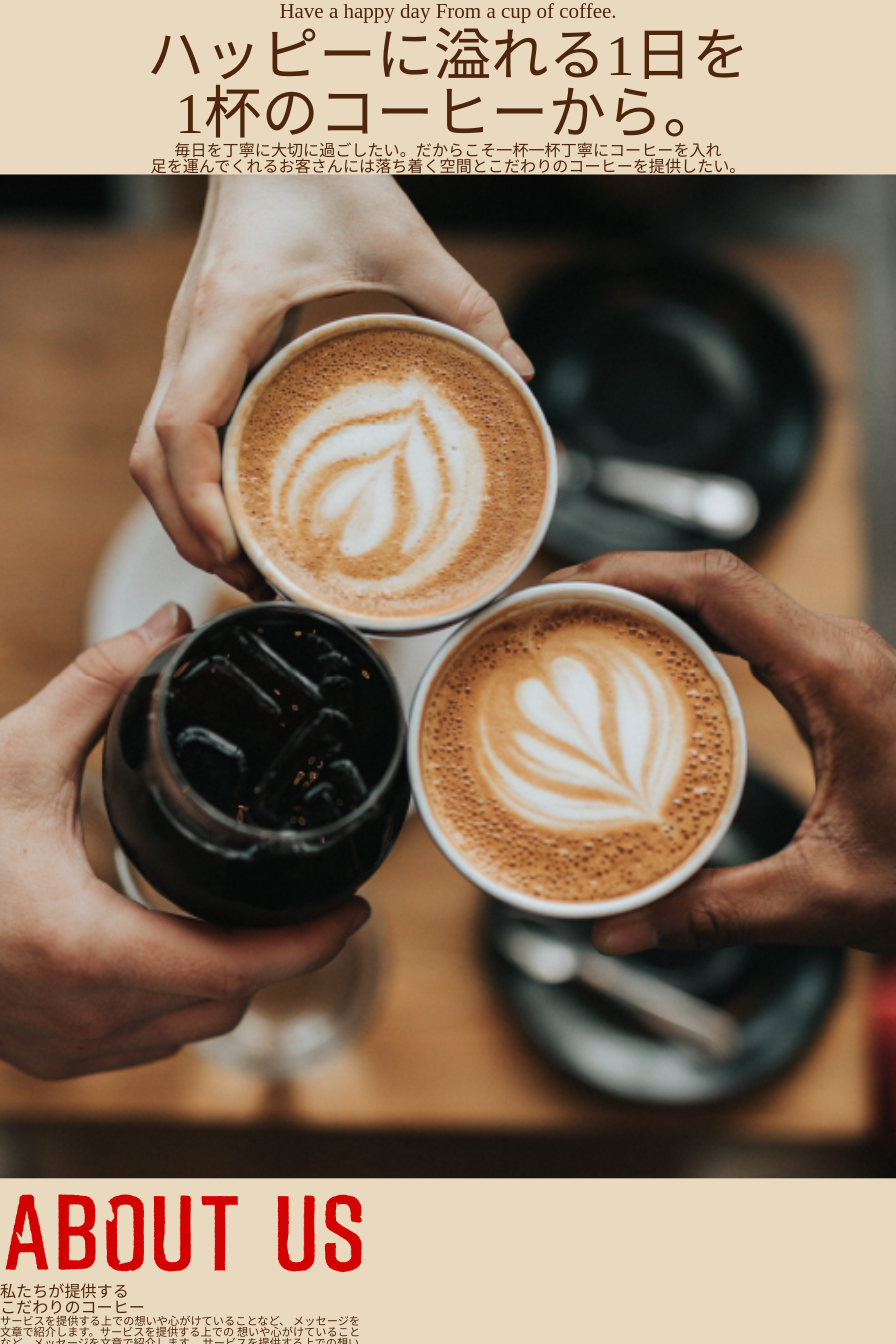
Repository: sonoyama01/dezasuta
Page: 第4回課題/index.html
These files come from the project's save history. The page is drawn as it stood at one moment and after the next save; the edit follows.
The browser window is 1280 px wide. The pictures show the part of the page from y = 475 to 2395 px (the page is 2766 px tall before and 1642 px after), at 70% of full size.

Above is the page before, as saved 2024-05-02 03:24:59.

After the next save:
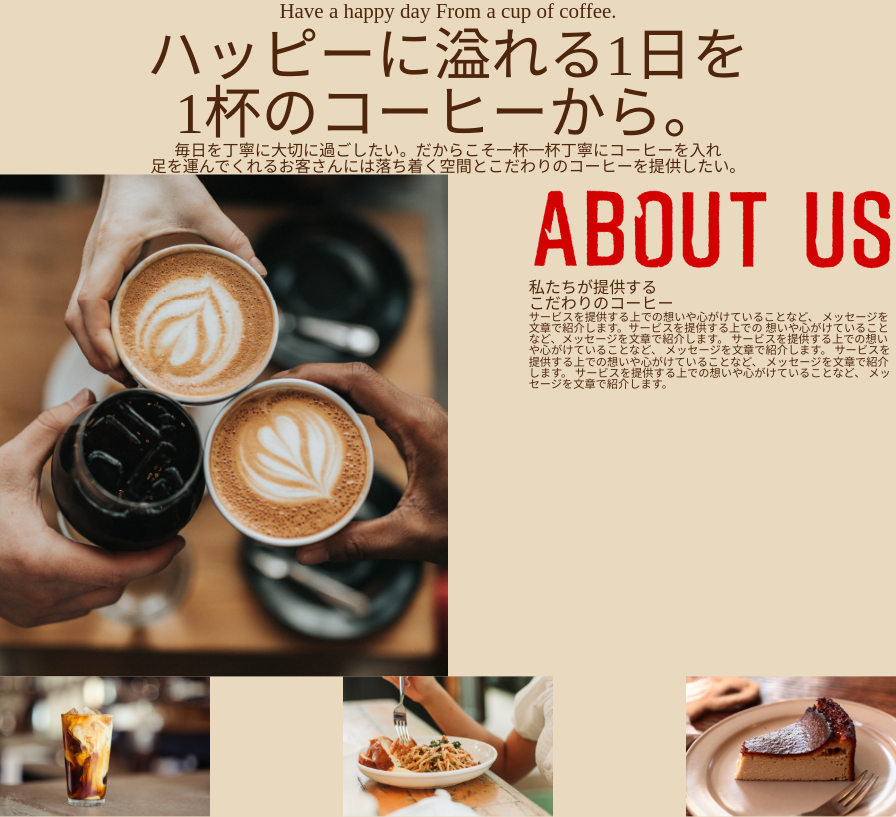
Saved 34 s later.
--- a/第4回課題/index.html
+++ b/第4回課題/index.html
@@ -40,34 +40,30 @@
     </div><!-- /.catch_copy -->
     <!-- ABOUT US -->
     <section id="about_us_fx">
-        <h2 class="about_us">
-            <img src="./images/pc_about-100.jpg" alt="">
-        </h2>
-        <div class="about_us_text">
-            <img src="./images/about_us@2x.png" alt="">
-            <p class="abouot_us_concept">私たちが提供する<br>
-                こだわりのコーヒー</p><!-- /.abouot_us_concept -->
-            <p class="about_us_texts">
-                サービスを提供する上での想いや心がけていることなど、
-                メッセージを文章で紹介します。サービスを提供する上での
-                想いや心がけていることなど、メッセージを文章で紹介します。
-                サービスを提供する上での想いや心がけていることなど、
-                メッセージを文章で紹介します。
-                サービスを提供する上での想いや心がけていることなど、
-                メッセージを文章で紹介します。
-                サービスを提供する上での想いや心がけていることなど、
-                メッセージを文章で紹介します。
-            </p><!-- /.about_us_text -->
-        </div>
+        <div class="about_us">
+            <div class="about_us_im"><img src="./images/pc_about-100.jpg" alt=""></div>
+            <div class="about_us_text">
+                <img src="./images/about_us@2x.png" alt="">
+                <p class="abouot_us_concept">私たちが提供する<br>
+                    こだわりのコーヒー</p><!-- /.abouot_us_concept -->
+                <p class="about_us_texts">
+                    サービスを提供する上での想いや心がけていることなど、
+                    メッセージを文章で紹介します。サービスを提供する上での
+                    想いや心がけていることなど、メッセージを文章で紹介します。
+                    サービスを提供する上での想いや心がけていることなど、
+                    メッセージを文章で紹介します。
+                    サービスを提供する上での想いや心がけていることなど、
+                    メッセージを文章で紹介します。
+                    サービスを提供する上での想いや心がけていることなど、
+                    メッセージを文章で紹介します。
+                </p><!-- /.about_us_text -->
+            </div>
 
         </div><!-- /.about_us -->
     </section><!-- /#about_us -->
 
     <!-- MENU -->
     <section id="menu_fx">
-        <div class="menu_im">
-            <img src="./images/menu@2x.png" alt="menu">
-        </div><!-- /.menu_im -->
         <div class="menu">
             <div class="drink">
                 <img src="./images/pc_menu_drink-100.jpg" alt="drink">
